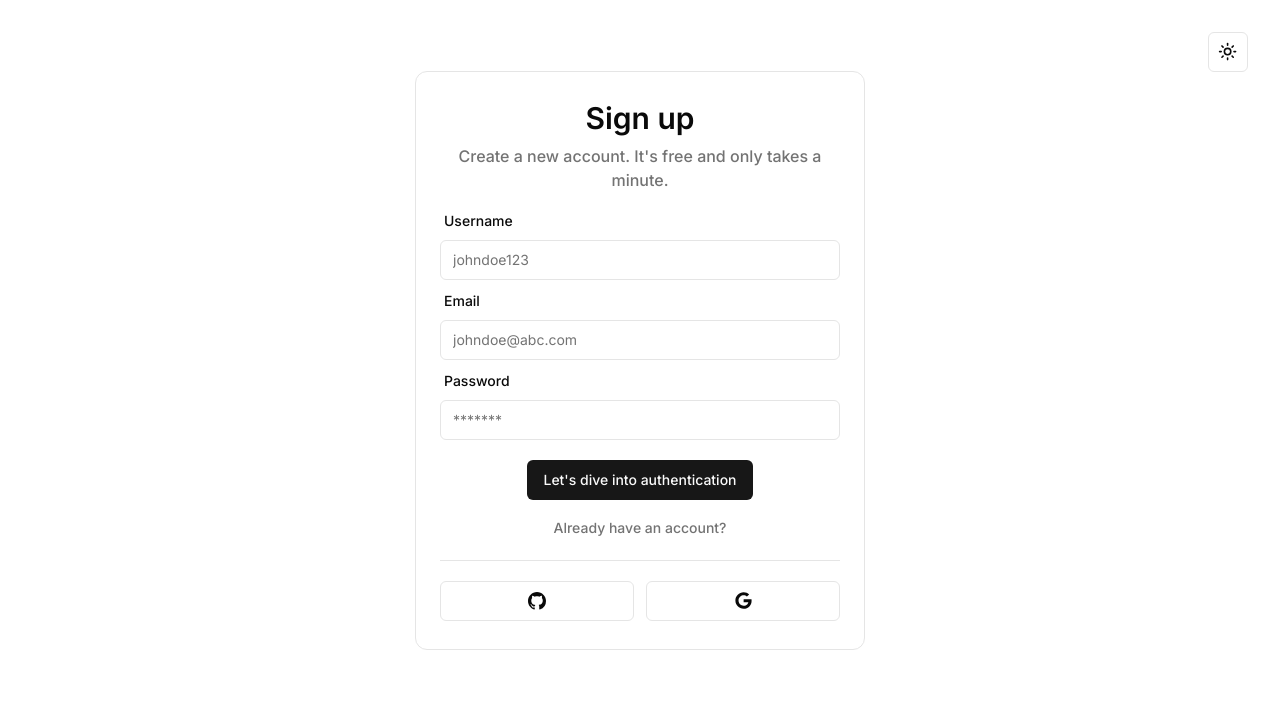
Repository: nickgoel31/authentication-toolkit
Page: /sign-up
The author's editor kept a copy of each file at every save. The page is drawn from the files as they stood at one save, then again after the next save.
The browser window is 1280 px wide. The pictures show the whole page.
The project was rebuilt for these pictures with package versions that can differ from the ones it lists, and the page was loaded fresh each time. The framework's server and built-in components were replaced by stand-ins that run in the browser. Also part of the build but not shown: next.config.mjs.

Above is the page before, as saved 2024-02-04 18:05:34.

### app/layout.tsx
import type { Metadata } from "next";
import { Inter } from "next/font/google";
import "./globals.css";
import { ThemeProvider } from "@/providers/theme-provider";
import { ModeToggle } from "@/components/mode-toggle";

const inter = Inter({ subsets: ["latin"] });

export const metadata: Metadata = {
  title: "Authentication App",
  description: "Generated by create next app",
};

export default function RootLayout({
  children,
}: Readonly<{
  children: React.ReactNode;
}>) {
  return (
    <html lang="en">
      <body className={inter.className}>
      <ThemeProvider
        attribute="class"
        defaultTheme="system"
        enableSystem
        disableTransitionOnChange
        >
        <div className="relative h-full">
          {children}
          <div className="absolute top-8 right-8">
            <ModeToggle />
          </div>
        </div>

      </ThemeProvider>
      </body>
    </html>
  );
}

### app/(auth)/layout.tsx
import React from 'react'

const AuthLayout = ({children} : {children:React.ReactNode}) => {
  return (
    <div className='h-full flex flex-col items-center justify-center'>
        {children}
    </div>
  )
}

export default AuthLayout

### app/(auth)/sign-up/page.tsx
import FormWrapper from '@/components/auth/form-wrapper'
import SignUpForm from '@/components/auth/sign-up-form'
import React from 'react'

const SignUpPage = () => {
  return (
    <FormWrapper
    title='Sign up'
    tag="Create a new account. It's free and only takes a minute."
    backLabel='Already have an account?'
    backHref='/sign-in'
    showSocial
    >
      <SignUpForm />
    </FormWrapper>
  )
}

export default SignUpPage

### app/globals.css
@tailwind base;
@tailwind components;
@tailwind utilities;

html,body{
  height: 100%;
}

@layer base {
  :root {
    --background: 0 0% 100%;
    --foreground: 0 0% 3.9%;

    --card: 0 0% 100%;
    --card-foreground: 0 0% 3.9%;

    --popover: 0 0% 100%;
    --popover-foreground: 0 0% 3.9%;

    --primary: 0 0% 9%;
    --primary-foreground: 0 0% 98%;

    --secondary: 0 0% 96.1%;
    --secondary-foreground: 0 0% 9%;

    --muted: 0 0% 96.1%;
    --muted-foreground: 0 0% 45.1%;

    --accent: 0 0% 96.1%;
    --accent-foreground: 0 0% 9%;

    --destructive: 0 84.2% 60.2%;
    --destructive-foreground: 0 0% 98%;

    --border: 0 0% 89.8%;
    --input: 0 0% 89.8%;
    --ring: 0 0% 3.9%;

    --radius: 0.5rem;
  }

  .dark {
    --background: 0 0% 3.9%;
    --foreground: 0 0% 98%;

    --card: 0 0% 3.9%;
    --card-foreground: 0 0% 98%;

    --popover: 0 0% 3.9%;
    --popover-foreground: 0 0% 98%;

    --primary: 0 0% 98%;
    --primary-foreground: 0 0% 9%;

    --secondary: 0 0% 14.9%;
    --secondary-foreground: 0 0% 98%;

    --muted: 0 0% 14.9%;
    --muted-foreground: 0 0% 63.9%;

    --accent: 0 0% 14.9%;
    --accent-foreground: 0 0% 98%;

    --destructive: 0 62.8% 30.6%;
    --destructive-foreground: 0 0% 98%;

    --border: 0 0% 14.9%;
    --input: 0 0% 14.9%;
    --ring: 0 0% 83.1%;
  }
}

@layer base {
  * {
    @apply border-border;
  }
  body {
    @apply bg-background text-foreground;
  }
}

### components/mode-toggle.tsx
"use client"

import * as React from "react"
import { Moon, Sun } from "lucide-react"
import { useTheme } from "next-themes"

import { Button } from "@/components/ui/button"
import {
  DropdownMenu,
  DropdownMenuContent,
  DropdownMenuItem,
  DropdownMenuTrigger,
} from "@/components/ui/dropdown-menu"

export function ModeToggle() {
  const { setTheme } = useTheme()

  return (
    <DropdownMenu>
      <DropdownMenuTrigger asChild>
        <Button variant="outline" size="icon">
          <Sun className="h-[1.2rem] w-[1.2rem] rotate-0 scale-100 transition-all dark:-rotate-90 dark:scale-0" />
          <Moon className="absolute h-[1.2rem] w-[1.2rem] rotate-90 scale-0 transition-all dark:rotate-0 dark:scale-100" />
          <span className="sr-only">Toggle theme</span>
        </Button>
      </DropdownMenuTrigger>
      <DropdownMenuContent align="end">
        <DropdownMenuItem onClick={() => setTheme("light")}>
          Light
        </DropdownMenuItem>
        <DropdownMenuItem onClick={() => setTheme("dark")}>
          Dark
        </DropdownMenuItem>
        <DropdownMenuItem onClick={() => setTheme("system")}>
          System
        </DropdownMenuItem>
      </DropdownMenuContent>
    </DropdownMenu>
  )
}

### components/auth/form-wrapper.tsx
import React from 'react'
import { Button } from '../ui/button';
import { FaGoogle } from 'react-icons/fa6';
import { BsGithub } from 'react-icons/bs';
import Link from 'next/link';

interface FormWrapperProps {
    children:React.ReactNode;
    title?: string | undefined;
    tag?: string | undefined;
    showSocial?: boolean;
    backHref: string;
    backLabel?: string | undefined;
}

const FormWrapper = ({children, title, tag, backHref, backLabel, showSocial=false} : FormWrapperProps) => {
  return (
    <div className='flex flex-col items-center justify-center text-center p-6 py-7 border w-[450px] rounded-xl'>
        <div className='flex flex-col gap-2'>
            <h2 className='text-3xl font-semibold'>{title}</h2>
            <p className='text-muted-foreground font-medium'>{tag}</p>
            <div className='mt-2 flex flex-col text-start'>
                {children}
            </div>

            <div className='items-center flex justify-center'>
                <Button variant={"link"} className='text-muted-foreground text-sm'><Link href={backHref}>{backLabel}</Link></Button>
            </div>

        </div>
        <div className='w-full'>
            {showSocial && (
                <>
                    <hr  className='mt-3 mb-5'/>
                    <div className='flex items-center justify-center gap-3 w-full'>
                        <Button variant={'outline'} className='w-full'><BsGithub size={18}/></Button>
                        <Button variant={'outline'} className='w-full flex items-center gap-2'>
                            <FaGoogle size={17}/></Button>
                    </div>
                </>
            )}
        </div>
    </div>
  )
}

export default FormWrapper

### components/auth/sign-up-form.tsx
"use client"

import React from 'react'
import { zodResolver } from "@hookform/resolvers/zod"
import { useForm } from "react-hook-form"
import { z } from "zod"

import { Button } from "@/components/ui/button"
import {
  Form,
  FormControl,
  FormDescription,
  FormField,
  FormItem,
  FormLabel,
  FormMessage,
} from "@/components/ui/form"
import { Input } from "@/components/ui/input"
import { registerSchema } from '@/schemas'
import { register } from '@/actions/register'

const SignUpForm = () => {

    const form = useForm<z.infer<typeof registerSchema>>({
        resolver: zodResolver(registerSchema),
        defaultValues:{
            userName:"",
            email:"",
            password: ""
        }
    })

    const onSubmit = (values: z.infer<typeof registerSchema>) => {
        register(values);
    }


  return (
    <Form {...form}>
        <form  onSubmit={form.handleSubmit(onSubmit)}>

            <FormField
                control={form.control}
                name="userName"
                render={({field}) => (
                <FormItem>
                    <FormLabel className='ml-1'>Username</FormLabel>
                    <FormControl>
                        <Input type='text' placeholder='johndoe123' {...field}/>
                    </FormControl>
                    <FormDescription />
                    <FormMessage />
                </FormItem>
                )}
            />

            <FormField
                control={form.control}
                name="email"
                render={({field}) => (
                <FormItem>
                    <FormLabel className='ml-1'>Email</FormLabel>
                    <FormControl>
                        <Input type='email' placeholder='johndoe@abc.com' {...field}/>
                    </FormControl>
                    <FormDescription />
                    <FormMessage />
                </FormItem>
                )}
            />
            <FormField
                control={form.control}
                name="password"
                render={({field}) => (
                <FormItem>
                    <FormLabel className='ml-1'>Password</FormLabel>
                    <FormControl>
                        <Input type='password' placeholder='*******' {...field}/>
                    </FormControl>
                    <FormDescription />
                    <FormMessage />
                </FormItem>
                )}
            />

            <div className='w-full items-center justify-center flex mt-5'>
                <Button type='submit' className=''>Let's dive into authentication</Button>
            </div>
        </form>
    </Form>
  )
}

export default SignUpForm

### components/ui/button.tsx
import * as React from "react"
import { Slot } from "@radix-ui/react-slot"
import { cva, type VariantProps } from "class-variance-authority"

import { cn } from "@/lib/utils"

const buttonVariants = cva(
  "inline-flex items-center justify-center whitespace-nowrap rounded-md text-sm font-medium ring-offset-background transition-colors focus-visible:outline-none focus-visible:ring-2 focus-visible:ring-ring focus-visible:ring-offset-2 disabled:pointer-events-none disabled:opacity-50",
  {
    variants: {
      variant: {
        default: "bg-primary text-primary-foreground hover:bg-primary/90",
        destructive:
          "bg-destructive text-destructive-foreground hover:bg-destructive/90",
        outline:
          "border border-input bg-background hover:bg-accent hover:text-accent-foreground",
        secondary:
          "bg-secondary text-secondary-foreground hover:bg-secondary/80",
        ghost: "hover:bg-accent hover:text-accent-foreground",
        link: "text-primary underline-offset-4 hover:underline",
      },
      size: {
        default: "h-10 px-4 py-2",
        sm: "h-9 rounded-md px-3",
        lg: "h-11 rounded-md px-8",
        icon: "h-10 w-10",
      },
    },
    defaultVariants: {
      variant: "default",
      size: "default",
    },
  }
)

export interface ButtonProps
  extends React.ButtonHTMLAttributes<HTMLButtonElement>,
    VariantProps<typeof buttonVariants> {
  asChild?: boolean
}

const Button = React.forwardRef<HTMLButtonElement, ButtonProps>(
  ({ className, variant, size, asChild = false, ...props }, ref) => {
    const Comp = asChild ? Slot : "button"
    return (
      <Comp
        className={cn(buttonVariants({ variant, size, className }))}
        ref={ref}
        {...props}
      />
    )
  }
)
Button.displayName = "Button"

export { Button, buttonVariants }

### components/ui/form.tsx
import * as React from "react"
import * as LabelPrimitive from "@radix-ui/react-label"
import { Slot } from "@radix-ui/react-slot"
import {
  Controller,
  ControllerProps,
  FieldPath,
  FieldValues,
  FormProvider,
  useFormContext,
} from "react-hook-form"

import { cn } from "@/lib/utils"
import { Label } from "@/components/ui/label"

const Form = FormProvider

type FormFieldContextValue<
  TFieldValues extends FieldValues = FieldValues,
  TName extends FieldPath<TFieldValues> = FieldPath<TFieldValues>
> = {
  name: TName
}

const FormFieldContext = React.createContext<FormFieldContextValue>(
  {} as FormFieldContextValue
)

const FormField = <
  TFieldValues extends FieldValues = FieldValues,
  TName extends FieldPath<TFieldValues> = FieldPath<TFieldValues>
>({
  ...props
}: ControllerProps<TFieldValues, TName>) => {
  return (
    <FormFieldContext.Provider value={{ name: props.name }}>
      <Controller {...props} />
    </FormFieldContext.Provider>
  )
}

const useFormField = () => {
  const fieldContext = React.useContext(FormFieldContext)
  const itemContext = React.useContext(FormItemContext)
  const { getFieldState, formState } = useFormContext()

  const fieldState = getFieldState(fieldContext.name, formState)

  if (!fieldContext) {
    throw new Error("useFormField should be used within <FormField>")
  }

  const { id } = itemContext

  return {
    id,
    name: fieldContext.name,
    formItemId: `${id}-form-item`,
    formDescriptionId: `${id}-form-item-description`,
    formMessageId: `${id}-form-item-message`,
    ...fieldState,
  }
}

type FormItemContextValue = {
  id: string
}

const FormItemContext = React.createContext<FormItemContextValue>(
  {} as FormItemContextValue
)

const FormItem = React.forwardRef<
  HTMLDivElement,
  React.HTMLAttributes<HTMLDivElement>
>(({ className, ...props }, ref) => {
  const id = React.useId()

  return (
    <FormItemContext.Provider value={{ id }}>
      <div ref={ref} className={cn("space-y-2", className)} {...props} />
    </FormItemContext.Provider>
  )
})
FormItem.displayName = "FormItem"

const FormLabel = React.forwardRef<
  React.ElementRef<typeof LabelPrimitive.Root>,
  React.ComponentPropsWithoutRef<typeof LabelPrimitive.Root>
>(({ className, ...props }, ref) => {
  const { error, formItemId } = useFormField()

  return (
    <Label
      ref={ref}
      className={cn(error && "text-destructive", className)}
      htmlFor={formItemId}
      {...props}
    />
  )
})
FormLabel.displayName = "FormLabel"

const FormControl = React.forwardRef<
  React.ElementRef<typeof Slot>,
  React.ComponentPropsWithoutRef<typeof Slot>
>(({ ...props }, ref) => {
  const { error, formItemId, formDescriptionId, formMessageId } = useFormField()

  return (
    <Slot
      ref={ref}
      id={formItemId}
      aria-describedby={
        !error
          ? `${formDescriptionId}`
          : `${formDescriptionId} ${formMessageId}`
      }
      aria-invalid={!!error}
      {...props}
    />
  )
})
FormControl.displayName = "FormControl"

const FormDescription = React.forwardRef<
  HTMLParagraphElement,
  React.HTMLAttributes<HTMLParagraphElement>
>(({ className, ...props }, ref) => {
  const { formDescriptionId } = useFormField()

  return (
    <p
      ref={ref}
      id={formDescriptionId}
      className={cn("text-sm text-muted-foreground", className)}
      {...props}
    />
  )
})
FormDescription.displayName = "FormDescription"

const FormMessage = React.forwardRef<
  HTMLParagraphElement,
  React.HTMLAttributes<HTMLParagraphElement>
>(({ className, children, ...props }, ref) => {
  const { error, formMessageId } = useFormField()
  const body = error ? String(error?.message) : children

  if (!body) {
    return null
  }

  return (
    <p
      ref={ref}
      id={formMessageId}
      className={cn("text-sm font-medium text-destructive", className)}
      {...props}
    >
      {body}
    </p>
  )
})
FormMessage.displayName = "FormMessage"

export {
  useFormField,
  Form,
  FormItem,
  FormLabel,
  FormControl,
  FormDescription,
  FormMessage,
  FormField,
}

### components/ui/input.tsx
import * as React from "react"

import { cn } from "@/lib/utils"

export interface InputProps
  extends React.InputHTMLAttributes<HTMLInputElement> {}

const Input = React.forwardRef<HTMLInputElement, InputProps>(
  ({ className, type, ...props }, ref) => {
    return (
      <input
        type={type}
        className={cn(
          "flex h-10 w-full rounded-md border border-input bg-background px-3 py-2 text-sm ring-offset-background file:border-0 file:bg-transparent file:text-sm file:font-medium placeholder:text-muted-foreground focus-visible:outline-none focus-visible:ring-2 focus-visible:ring-ring focus-visible:ring-offset-2 disabled:cursor-not-allowed disabled:opacity-50",
          className
        )}
        ref={ref}
        {...props}
      />
    )
  }
)
Input.displayName = "Input"

export { Input }

### schemas/index.ts
import {z} from "zod"

export const loginSchema = z.object({
    email: z.string().email(),
    password: z.string().min(1, {
        message: "Password must not be empty"
    })
})

export const registerSchema = z.object({
    userName:  z.string().min(4,{message: "Username cannot be blank"}),
    email: z.string().email(),
    password: z.string().min(5, {
        message: "Password must contain at least 5 characters"
    }).includes("@",{
        message: "Password should contain @ symbol"
    })
})

### actions/register.ts
"use server"

import { db } from "@/lib/db";
import { registerSchema } from "@/schemas"
import { z } from "zod"
import bcryptjs from "bcryptjs"
import { getUserByEmail } from "@/helpers/auth-helper";

export const register = async (values: z.infer<typeof registerSchema>) => {

    //Revalidate Fields

    const validatedFields = registerSchema.safeParse(values);

    if(!validatedFields.success){
        return {error: "Email already exists"}
    }

    //hashedPassword
    const hashedPassword = await bcryptjs.hash(validatedFields.data.password, 10);

    const existingUser = await getUserByEmail(validatedFields.data.email)

    if(existingUser?.email === validatedFields.data.email){
        return {error: "Email already in use"}
    }


    //create a user

    await db.user.create({
        data:{
            userName: validatedFields.data.userName,
            email: validatedFields.data.email,
            password:  hashedPassword,
        }
    })

    return { success : "Email Sent Successfully"}

}

### components/ui/label.tsx
"use client"

import * as React from "react"
import * as LabelPrimitive from "@radix-ui/react-label"
import { cva, type VariantProps } from "class-variance-authority"

import { cn } from "@/lib/utils"

const labelVariants = cva(
  "text-sm font-medium leading-none peer-disabled:cursor-not-allowed peer-disabled:opacity-70"
)

const Label = React.forwardRef<
  React.ElementRef<typeof LabelPrimitive.Root>,
  React.ComponentPropsWithoutRef<typeof LabelPrimitive.Root> &
    VariantProps<typeof labelVariants>
>(({ className, ...props }, ref) => (
  <LabelPrimitive.Root
    ref={ref}
    className={cn(labelVariants(), className)}
    {...props}
  />
))
Label.displayName = LabelPrimitive.Root.displayName

export { Label }

### lib/db.ts
import { PrismaClient } from "@prisma/client";

declare global {
    var prisma: PrismaClient | undefined;
}

export const db = globalThis.prisma || new PrismaClient()
if (process.env.NODE_ENV !== 'production') globalThis.prisma = db

### helpers/auth-helper.ts
import { db } from "@/lib/db";

export const getUserByEmail = async (email: string) => {

    const user = await db.user.findUnique({
        where:{
            email
        }
    })

    return user;

}

### components/auth/error-message.tsx
import React from 'react'

const ErrorMessage = () => {
  return (
    <div>ErrorMessage</div>
  )
}

export default ErrorMessage

### components/auth/success-message.tsx
import React from 'react'

const SuccessMessage = () => {
  return (
    <div>ErrorMessage</div>
  )
}

export default SuccessMessage

Loaded but not shown: providers/theme-provider.tsx (common file); lib/utils.ts (common file); tailwind.config.ts (common file); components/ui/dropdown-menu.tsx (200 lines, source omitted)

After the next save:
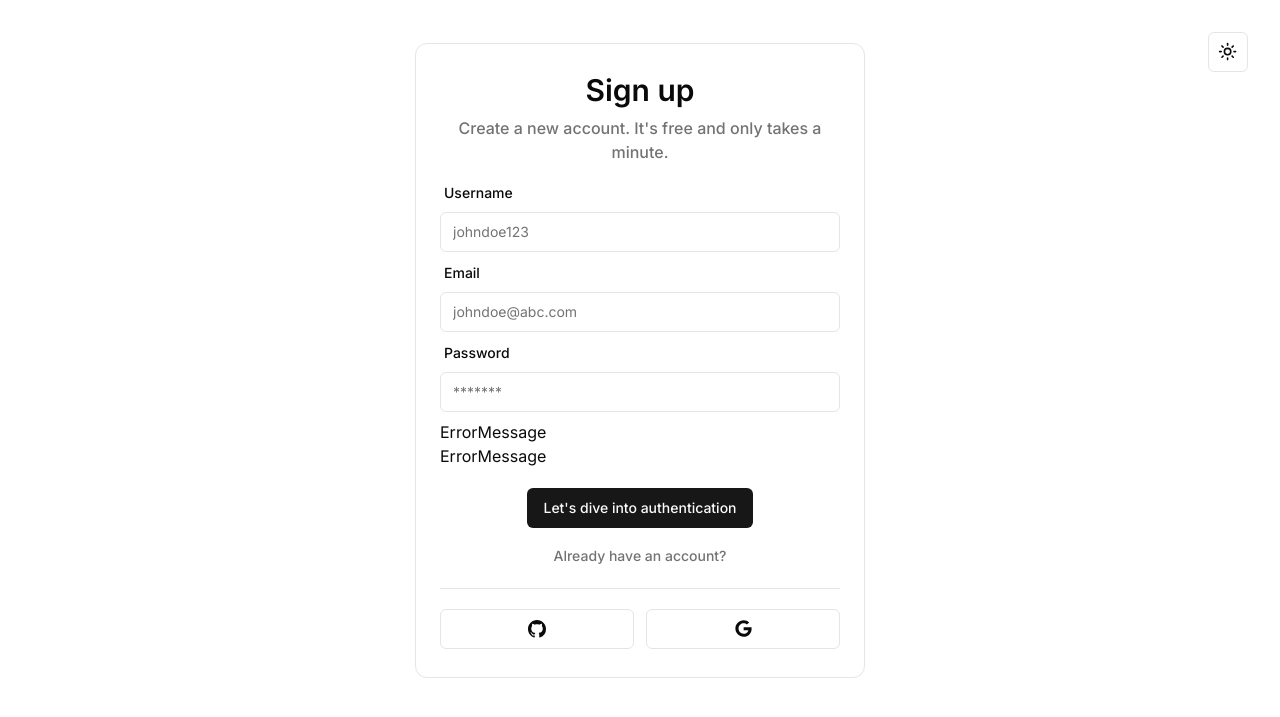
Saved 1 s later.
--- a/components/auth/sign-up-form.tsx
+++ b/components/auth/sign-up-form.tsx
@@ -18,6 +18,8 @@ import {
 import { Input } from "@/components/ui/input"
 import { registerSchema } from '@/schemas'
 import { register } from '@/actions/register'
+import ErrorMessage from './error-message'
+import SuccessMessage from './success-message'
 
 const SignUpForm = () => {
 
@@ -83,6 +85,9 @@ const SignUpForm = () => {
                 )}
             />
 
+            <ErrorMessage />
+            <SuccessMessage />
+
             <div className='w-full items-center justify-center flex mt-5'>
                 <Button type='submit' className=''>Let's dive into authentication</Button>
             </div>
